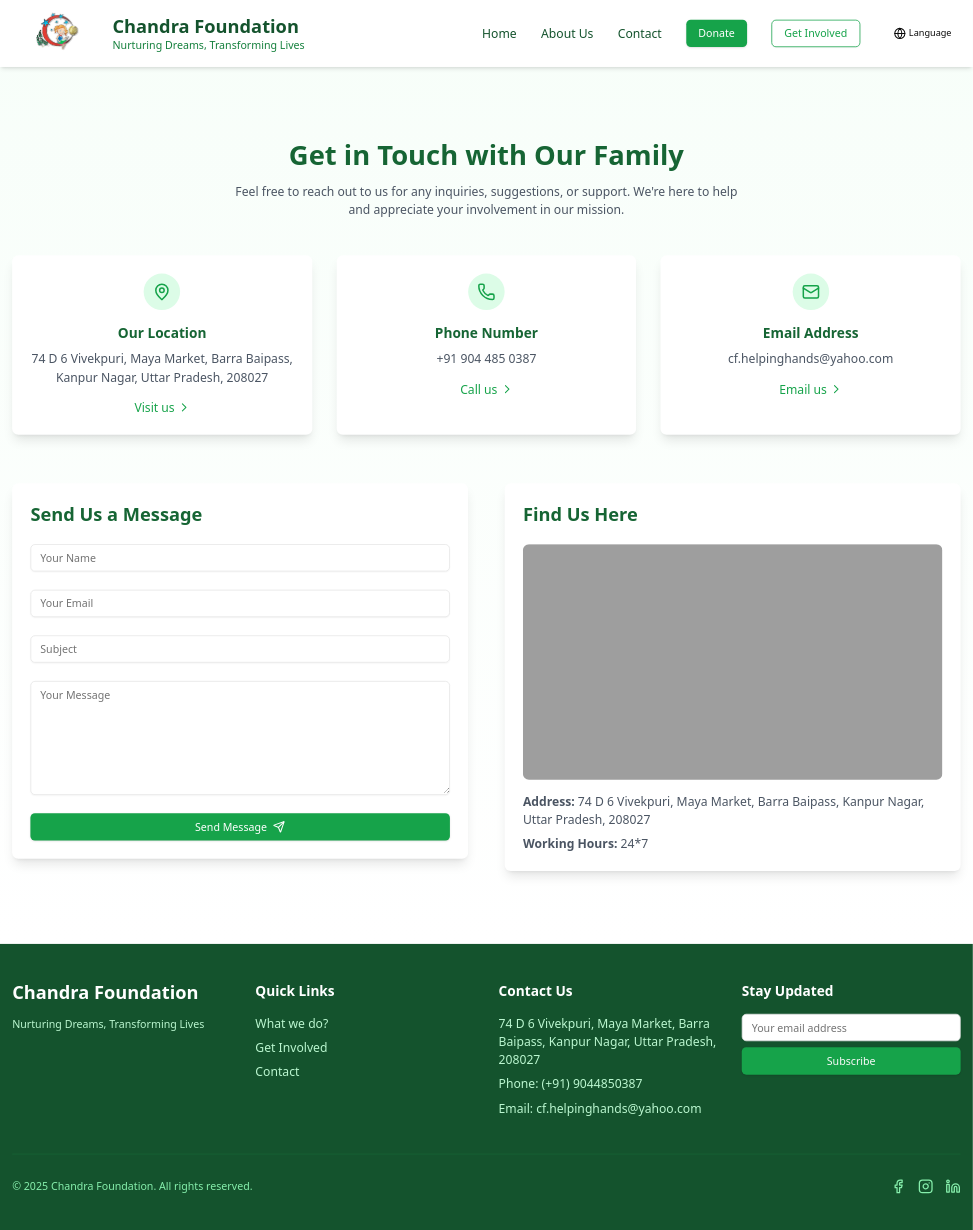
Repository: rajukumar2003/chandra-foundation
Page: /contactUs
An editor plug-in stored every save of this project. The page is shown before and after the next save, followed by the edit.
The browser window is 1280 px wide. The pictures show the whole page, at 76% of full size.
Pictures or frames that could not be fetched are drawn as grey boxes. The project was rebuilt for these pictures with package versions that can differ from the ones it lists, and the page was loaded fresh each time. The framework's server and built-in components were replaced by stand-ins that run in the browser. Also part of the build but not shown: next.config.ts.

Above is the page before, as saved 2025-04-15 07:03:08.

After the next save:
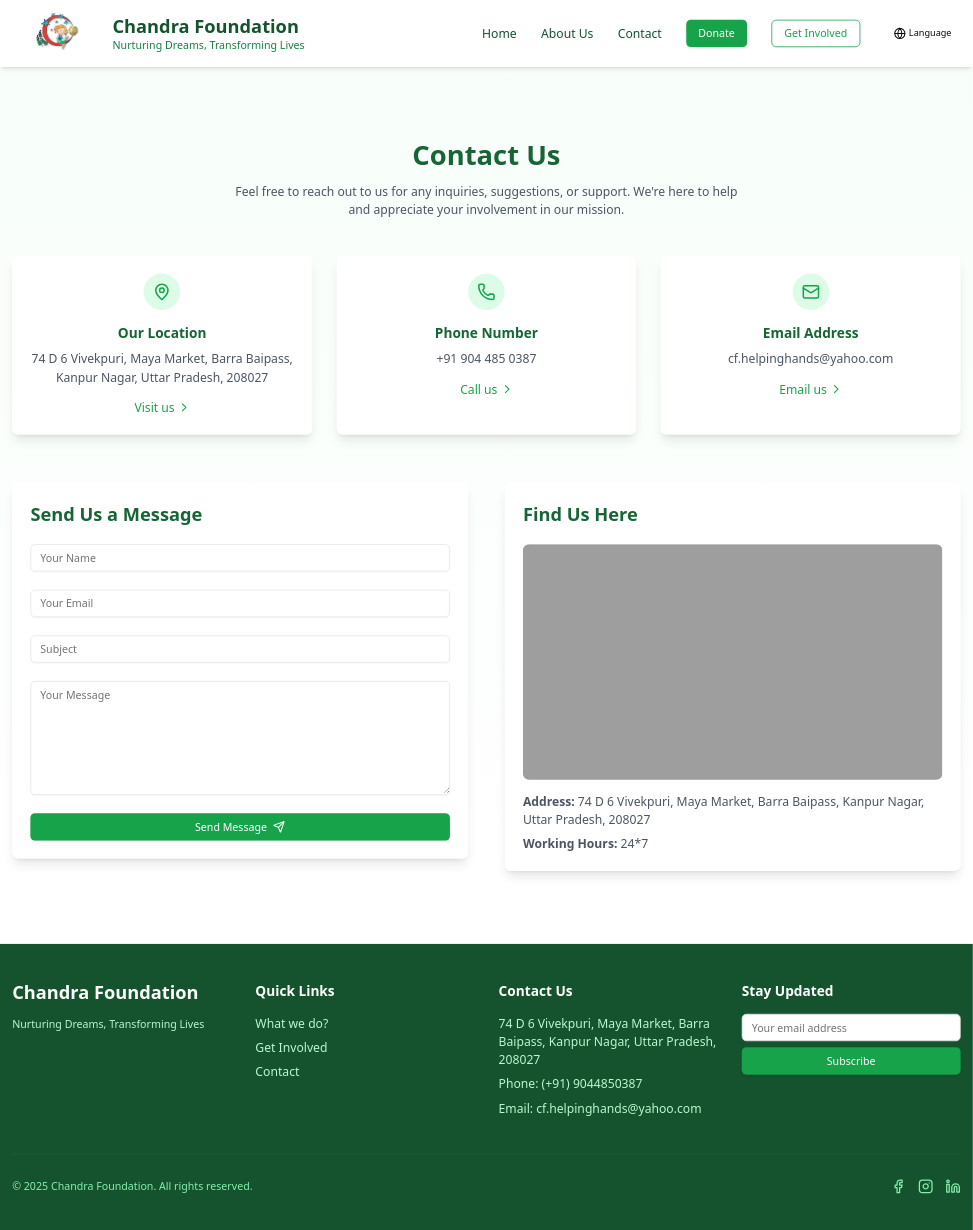
Saved 52 s later.
--- a/app/(root)/contactUs/page.tsx
+++ b/app/(root)/contactUs/page.tsx
@@ -76,7 +76,7 @@
           className="text-center mb-12"
         >
           <h1 className="text-3xl md:text-4xl font-bold text-green-800 mb-4">
-            Get in Touch with Our Family
+            {translations.contact.heading}
           </h1>
           <p className="text-gray-600 max-w-2xl mx-auto">
             Feel free to reach out to us for any inquiries, suggestions, or
